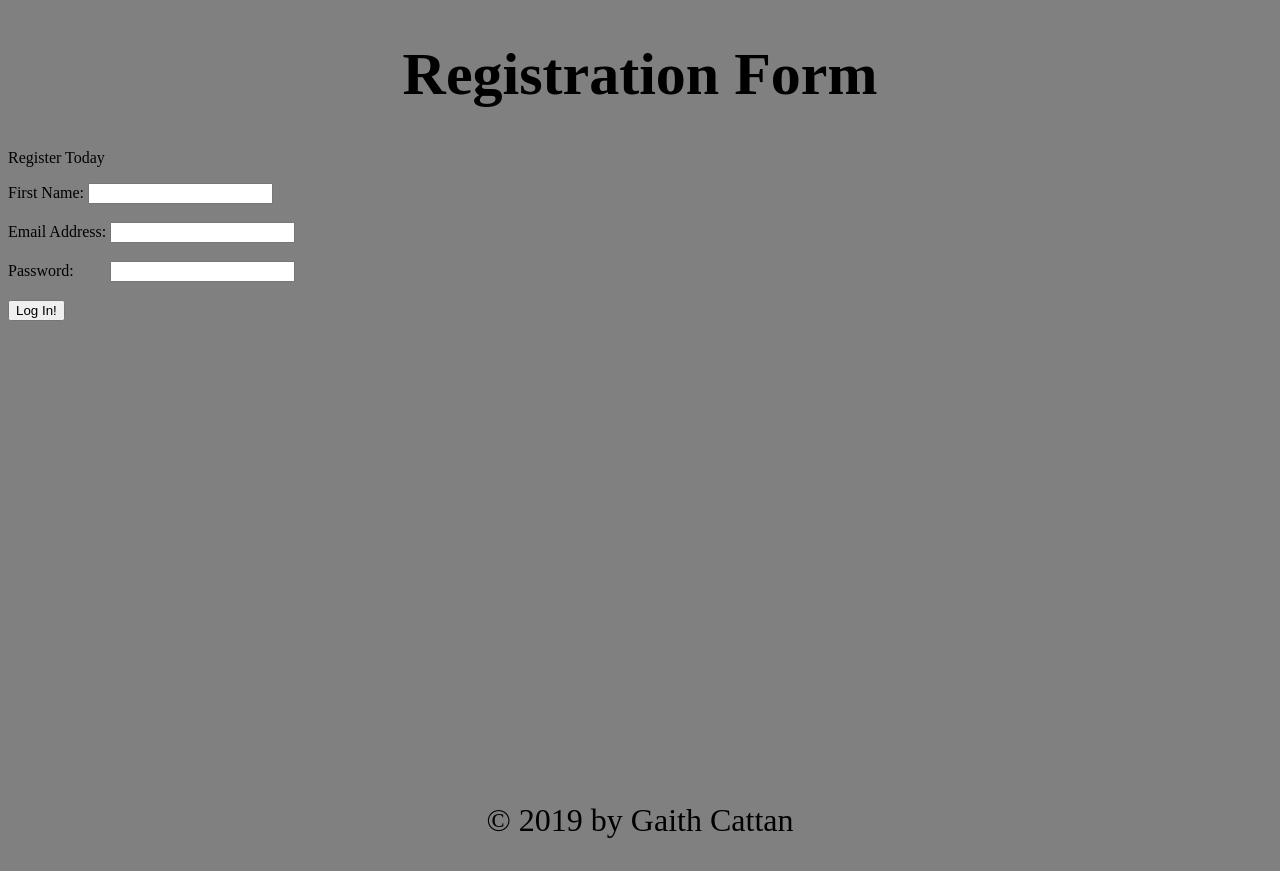
Repository: GaithCattan/COSW30
Page: labwork/lab2/registration.html
The author's editor kept a record of every edit. The page is drawn from the files as they stood at one moment, then again after the next edit.
The browser window is 1280 px wide. The pictures show the whole page.

Above is the page before.

After the next edit:
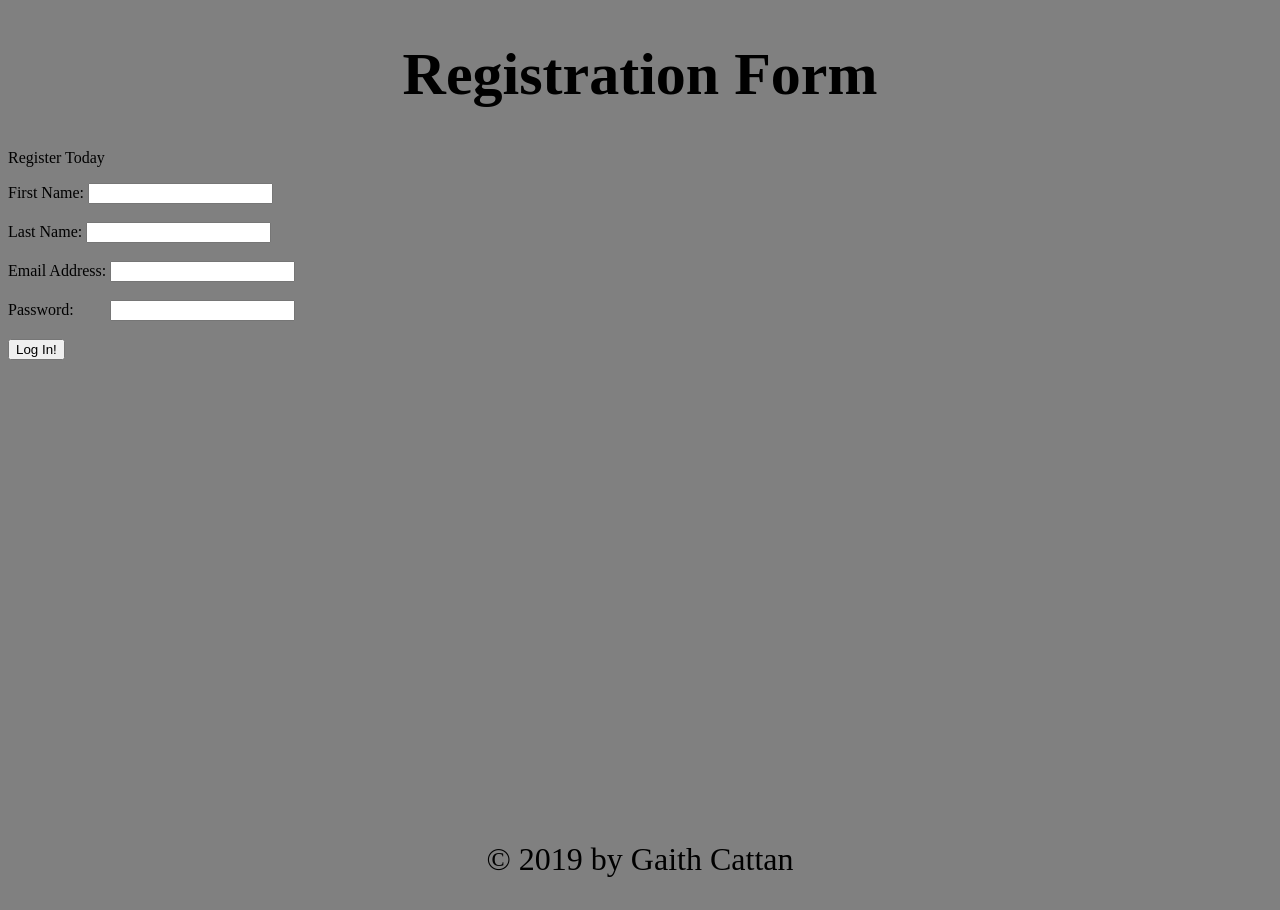
The edit:
--- a/labwork/lab2/registration.html
+++ b/labwork/lab2/registration.html
@@ -20,7 +20,9 @@
              <lable for="first_name">First Name:</lable>
              <input type="text" id="first_name" name="first_name" required>
              <br><br>
-
+             <lable for="last_name">Last Name:</lable>
+             <input type="text" id="last_name" name="last_name" required>
+             <br><br>
 
 
 
